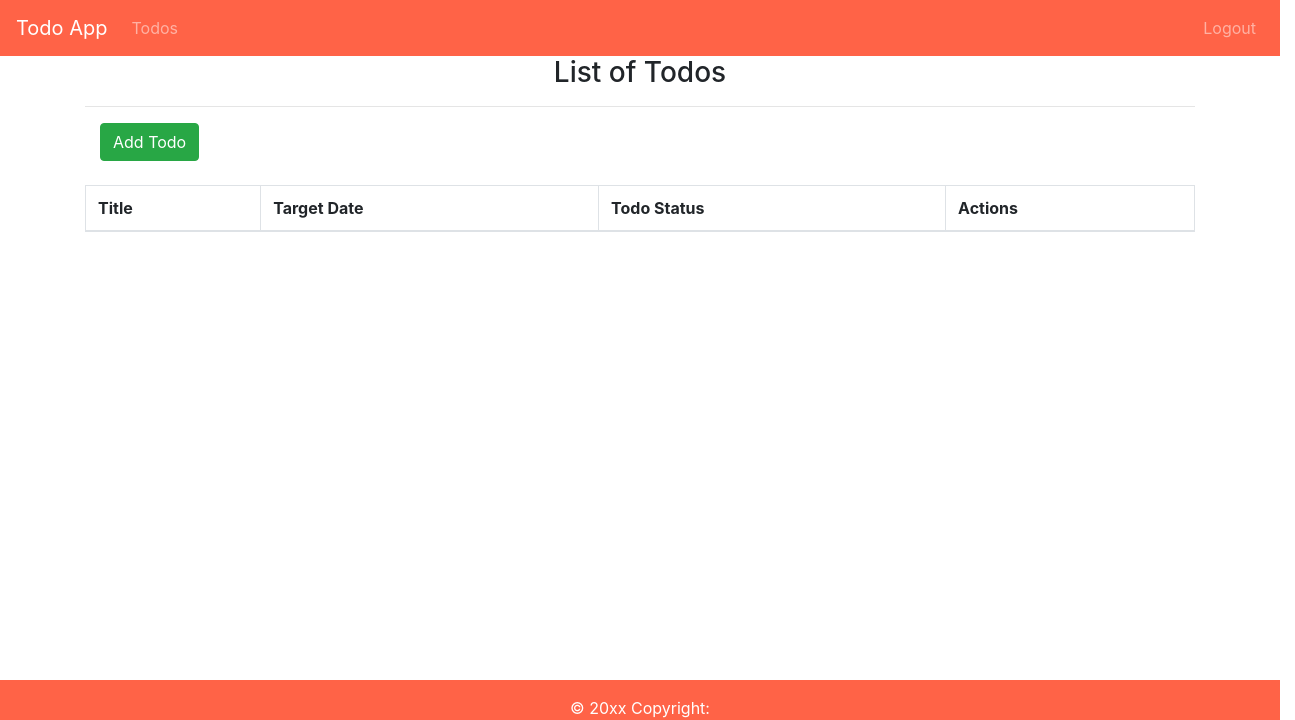
Repository: deepankarpant15/TaskTrackr
Page: http://localhost/Trackr/todo/todo-list.jsp
An editor plug-in stored every save of this project. The page is shown before and after the next save, followed by the edit.
The browser window is 1280 px wide. The page is 1295 px wide, so the pictures cover 1295 px, including what lies to the right of the window. The pictures show the whole page.
The page is served by Tomcat 9. The template is opened directly, without the code that normally fills it, so the values that code supplies are empty.

Above is the page before, as saved 2024-11-17 05:31:45.

After the next save:
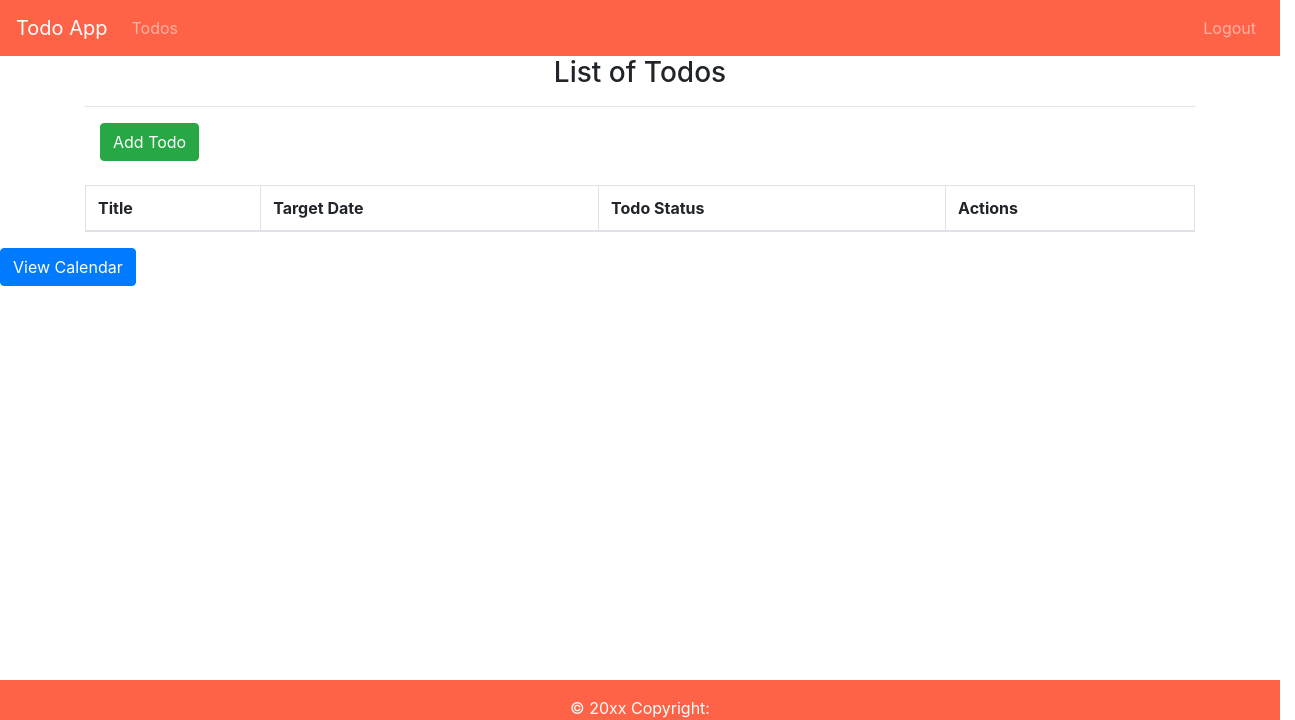
Saved 11 min 39 s later.
--- a/Trackr/src/main/webapp/todo/todo-list.jsp
+++ b/Trackr/src/main/webapp/todo/todo-list.jsp
@@ -79,6 +79,7 @@
    </table>
   </div>
  </div>
+ <a href="calendar" class="btn btn-primary">View Calendar</a>
 
  <jsp:include page="../common/footer.jsp"></jsp:include>
 </body>
